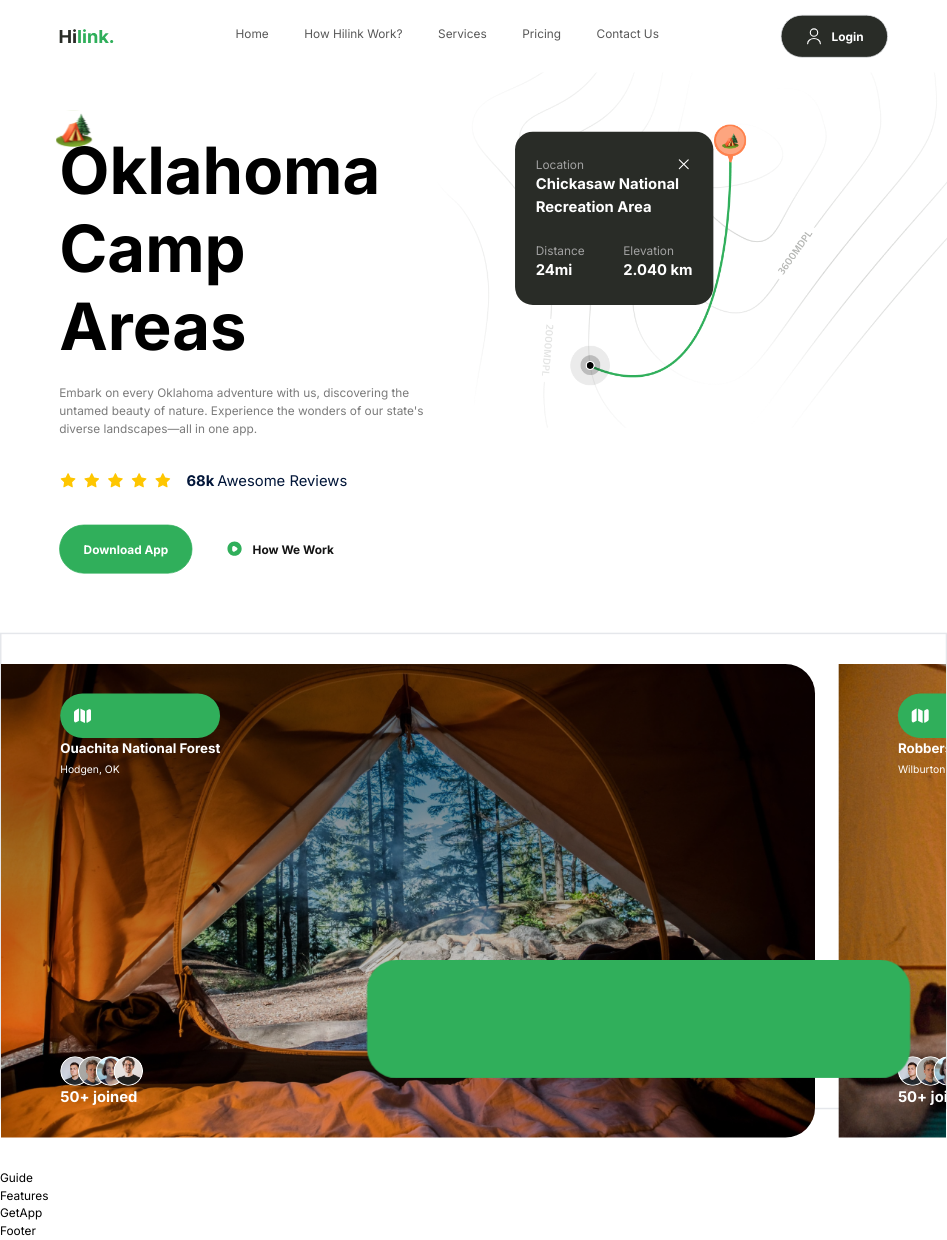
Repository: MikeeBuilds/camp
Page: /
The author's editor kept a copy of each file at every save. The page is drawn from the files as they stood at one save, then again after the next save.
The browser window is 1280 px wide. The pictures show the whole page, at 74% of full size.
The project was rebuilt for these pictures with package versions that can differ from the ones it lists, and the page was loaded fresh each time. The framework's server and built-in components were replaced by stand-ins that run in the browser. Also part of the build but not shown: next.config.js.

Above is the page before, as saved 2023-11-24 22:22:03.

### app/layout.tsx
import type { Metadata } from 'next'

import './globals.css'
import Navbar from '@/components/Navbar'
import Footer from '@/components/Footer'


export const metadata: Metadata = {
  title: 'Travel',
  description: 'Travel UI/UX App for camping',
}

export default function RootLayout({
  children,
}: {
  children: React.ReactNode
}) {
  return (
    <html lang="en">
      <body className="">
        <Navbar/>
        <main className='relative overflow-hidden'>
        {children}
        </main>
        <Footer/>
      </body>
    </html>
  )
}

### app/page.tsx
import Camp from "@/components/Camp";
import Features from "@/components/Features";
import GetApp from "@/components/GetApp";
import Guide from "@/components/Guide";
import Hero from "@/components/Hero";

export default function Home() {
  return (
    <>
      <Hero/>
      <Camp/>
      <Guide/>
      <Features/>
      <GetApp/>
    </>
  )
}

### components/Navbar.tsx
import { NAV_LINKS } from '@/constants'
import Image from 'next/image'
import Link from 'next/link'
import Button from './Button'

const Navbar = () => {
    return (
        <nav className="flexBetween max-container padding-container relative z-30 py-5">
            <Link href="/">
                <Image src="/hilink-logo.svg" alt="logo" width={74} height={29} />
            </Link>

            <ul className="hidden h-full gap-12 lg:flex">
                {NAV_LINKS.map((link) => (
                    <Link href={link.href} key={link.key} className="regular-16 text-gray-50 flexCenter cursor-pointer pb-1.5 transition-all hover:font-bold">
                        {link.label}
                    </Link>
                ))}
            </ul>

            <div className='lg:flexCenter hidden'>
                <Button
                    type="button"
                    title="Login"
                    icon="/user.svg"
                    variant="btn_dark_green"
                />
            </div>

            <Image
                src="menu.svg"
                alt='menu'
                width={32}
                height={32}
                className='inline-block cursor-pointer lg:hidden'
            />
        </nav>
    )
}

export default Navbar

### components/Camp.tsx
import { PEOPLE_URL } from "@/constants";
import Image from "next/image";

interface CampProps {
  backgroundImage:string;
  title: string;
  subtitle: string;
  peopleJoined: string
}


const CampSite = ({ backgroundImage, title, subtitle, peopleJoined }: CampProps) => {
  return (
    <div className={`h-full w-full min-w-[1100px] ${backgroundImage} bg-cover bg-no-repeat lg:rounded-r-5xl 2xl:rounded-5xl`}>
      <div className="flex h-full flex-col items-start justify-between p-6 lg:px-20 lg:py-10">
        <div className="flex-center gap-4">
          <div className="rounded-full bg-green-50 p-4">
            <Image
              src="/folded-map.svg"
              alt="map"
              width={28}
              height={28}
            />
          </div>
          <div className="flex flex-col gap-1">
            <h4 className="bold-18 text-white">
              {title}
            </h4>
            <p className="regular-14 text-white">
              {subtitle}
            </p>
          </div>
        </div>
        <div className="flex-center gap-6">
          <span className="flex -space-x-4 overflow-hidden">
            {PEOPLE_URL.map((url) => (
              <Image
                src={url}
                key={url}
                alt="person"
                width={52}
                height={52}
                className="inline-block h-10 w-10 rounded-full"
              />
            ))}
          </span>
          <p className="bold-16 md:bold-20 text-white">{peopleJoined}</p>
        </div>
      </div>
    </div>
  )
};


const Camp = () => {
  return (
    <section className='border-2 2xl:max-container
    relative flex flex-col py-10 lg:mb-20 xl:mb-20'>
      <div className='hide-scrollbar flex h-[340px] w-full items-start
      justify-start gap-8 overflow-x-auto lg:h-[400px] xl:h-[640px]'>
        <CampSite
          backgroundImage="bg-bg-img-1"
          title="Ouachita National Forest"
          subtitle="Hodgen, OK"
          peopleJoined="50+ joined"
        />
        <CampSite
          backgroundImage="bg-bg-img-2"
          title="Robbers Cave State Park"
          subtitle="Wilburton, OK"
          peopleJoined="50+ joined"
        />
      </div>

      <div className="flexEnd mt-10 px-6 lg:-mt-60 lg:mr-6">
        <div className="bg-green-50 p-8 lg:max-w-[500px] xl:max-w-[734px] xl:rounded-5xl xl:px-16 xl:py-20 relative w-full overflow-hidden rounded-3xl">
          <h2><strong></strong></h2>
        </div>
      </div>
    </section>
  )
}

export default Camp

### components/Hero.tsx
import Image from 'next/image';
import React from 'react';
import Button from "./Button";

const Hero = () => {
  return (
    <section className=' max-container padding-container flex flex-col gap-20 py-10 pb-32 md:gap-28 lg:py-20 xl:flex-row'>
      <div className='hero-map' />

      {/* LEFT SIDE */}

      <div className='relative z-20 flex flex-1 flex-col xl:w-1/2'>
        <Image
          src="/camp.svg"
          alt='camp'
          height={50}
          width={50}
          className='absolute left-[-5px] top-[-30px] w-10 lg:w-[50px]'
        />

        <h1 className='bold-52 lg:bold-88'>
          Oklahoma Camp Areas
        </h1>
        <p className='regular-16 mt-6 text-gray-30 xl:max-w-[520px]'>
          Embark on every Oklahoma adventure with us, discovering the untamed beauty of nature.
          Experience the wonders of our state's diverse landscapes—all in one app.
        </p>
        <div className='my-11 flex flex-wrap gap-5'>
            <div className='flex items-center gap-2'>
              {Array(5).fill(1).map((_, index) => (
                <Image
                  src="/star.svg"
                  key={index}
                  alt='star'
                  height={24}
                  width={24}
                />
              ))}
            </div>

            <p className='bold-16 lg:bold-20 text-blue-70'>
              68k
              <span className='regular-16 lg:regular-20 ml-1'>Awesome Reviews</span>
            </p>
        </div>

        <div className='flex flex-col w-full gap-3 sm:flex-row'>
          <Button
            type='button'
            title='Download App'
            variant='btn_green'
          />
          <Button
          type='button'
          title='How We Work'
          icon='/play.svg'
          variant='btn_white_text'
        />
        </div>
      </div>

      <div className='relative flex flex-1 items-start'>
          <div className='relative z-20 flex w-[268px] flex-col gap-8 rounded-3xl bg-green-90 px-7 py-8'>


            <div className='flex flex-col'>
              <div className='flexBetween'>
                <p className='regu;ar-16 text-gray-20'>
                  Location
                </p>
                <Image
                  src="/close.svg"
                  alt='logo'
                  width={24}
                  height={24}
                />
              </div>
              <p className='bold-20 text-white'>Chickasaw National Recreation Area</p>
                </div>

              <div className='flexBetween'>
                <div className='flex flex-col'>
                  <p className='regular-16 block text-gray-20'>Distance</p>
                  <p className='bold-20 text-white'>24mi</p>
                </div>
                <div className='flex flex-col'>
                  <p className='regular-16 block text-gray-20'>Elevation</p>
                  <p className='bold-20 text-white'>2.040 km</p>
                </div>
              </div>
            </div>
          </div>
    </section>
  )
}

export default Hero

### components/Button.tsx
import Image from "next/image";

type ButtonProps = {
    type: 'button' | "submit";
    title: string;
    icon?: string;
    variant: 'btn_dark_green'
}


const button = ({ type, title, icon, variant}: ButtonProps) => {
  return (
    <button
        className={`flexCenter gap-3 rounded-full border ${variant}`}
        type={type}
    >
        {icon && <Image src={icon} alt={title} width={24} height={24}/>}
        <label className="bold-16 whitespace-nowrap">{title}</label>
    </button>
  )
}

export default button

Loaded but not shown: app/globals.css (common file); components/Footer.tsx (common file); components/Features.tsx (common file); components/GetApp.tsx (common file); components/Guide.tsx (common file); constants/index.ts (common file); tailwind.config.ts (common file)

After the next save:
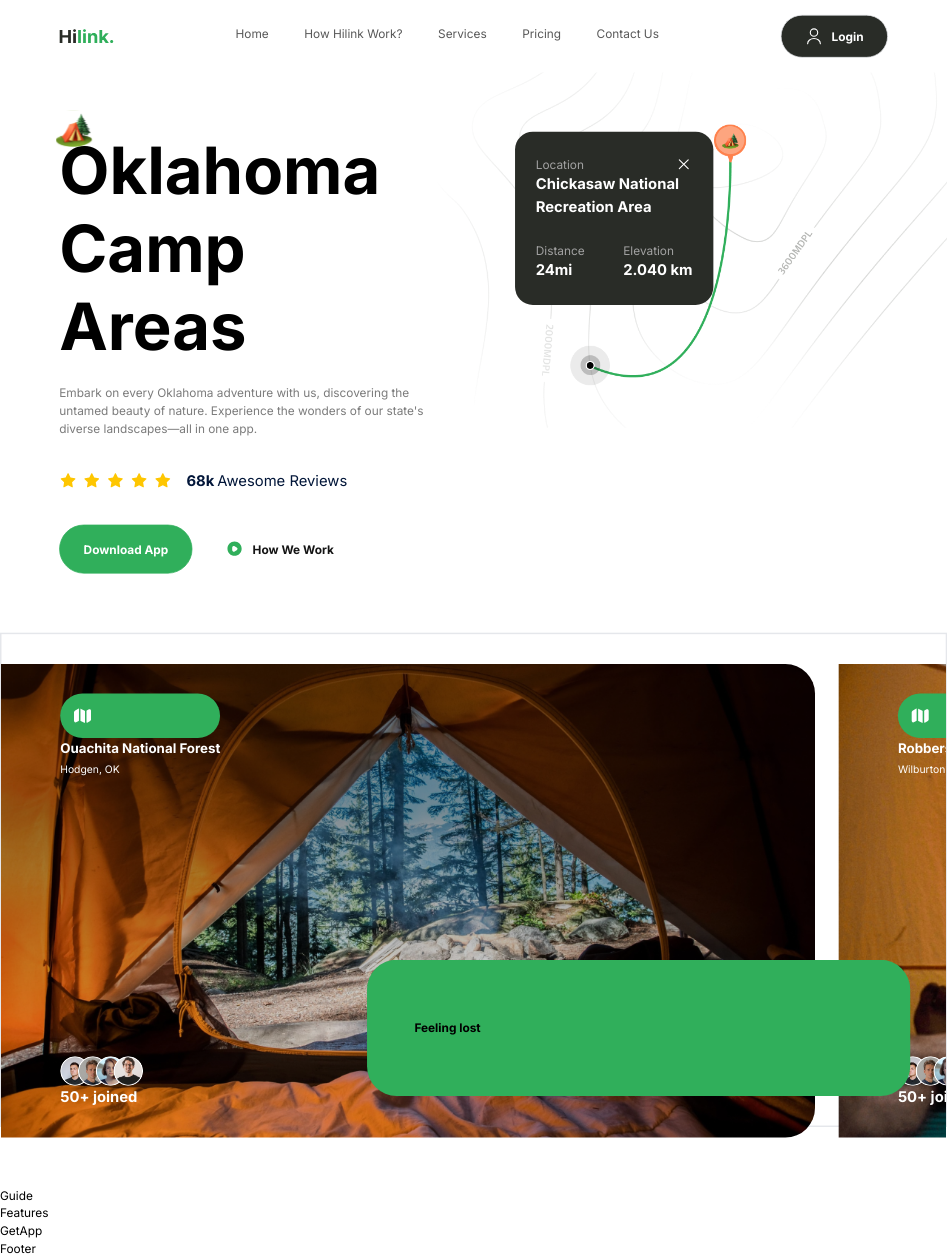
Saved 4 s later.
--- a/components/Camp.tsx
+++ b/components/Camp.tsx
@@ -74,7 +74,7 @@ const Camp = () => {
 
       <div className="flexEnd mt-10 px-6 lg:-mt-60 lg:mr-6">
         <div className="bg-green-50 p-8 lg:max-w-[500px] xl:max-w-[734px] xl:rounded-5xl xl:px-16 xl:py-20 relative w-full overflow-hidden rounded-3xl">
-          <h2><strong></strong></h2>
+          <h2><strong>Feeling lost</strong></h2>
         </div>
       </div>
     </section>
